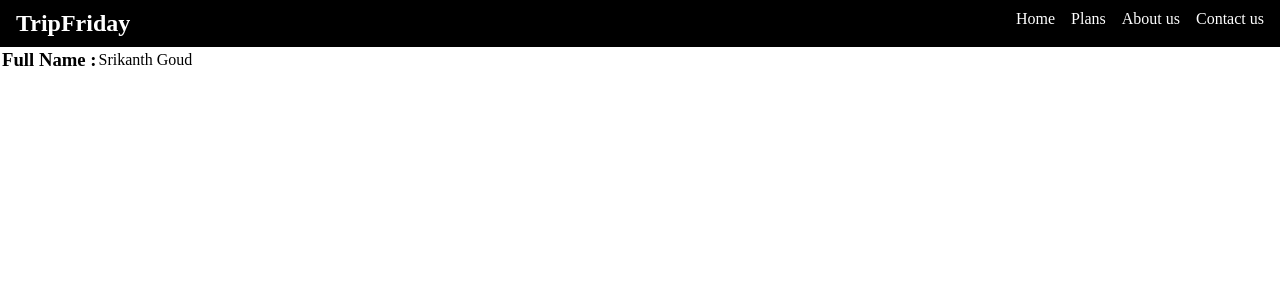
Repository: suraj-yadav7/userprofile
Page: /userdetails
The author's editor kept a copy of each file at every save. The page is drawn from the files as they stood at one save, then again after the next save.
The browser window is 1280 px wide. The pictures show the whole page.
The project was rebuilt for these pictures with package versions that can differ from the ones it lists, and the page was loaded fresh each time. Also part of the build but not shown: src/components/UserProfile.jsx.

Above is the page before, as saved 2023-05-03 12:13:30.

After the next save:
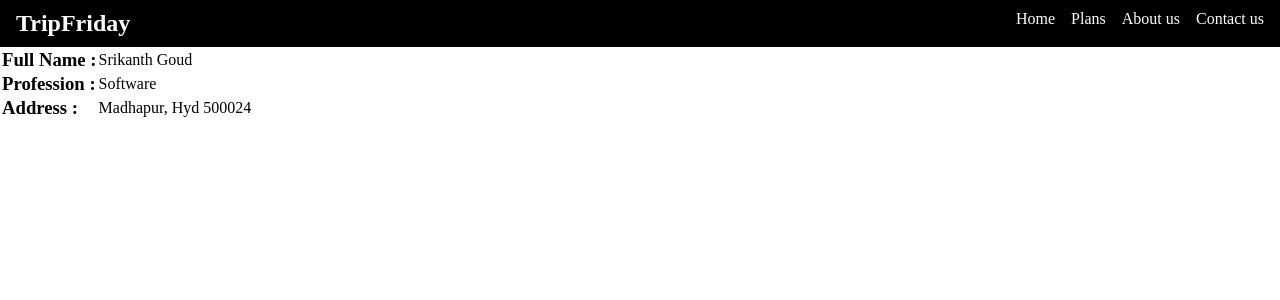
Saved 84 s later.
--- a/src/components/UserDetails.jsx
+++ b/src/components/UserDetails.jsx
@@ -10,6 +10,14 @@ const UserDetails = () => {
     <td><h3>Full Name :  </h3></td>
     <td><p> Srikanth Goud</p> </td>
   </tr>
+  <tr>
+    <td><h3>Profession :  </h3></td>
+    <td><p> Software </p> </td>
+  </tr>
+  <tr>
+    <td><h3>Address :  </h3></td>
+    <td><p> Madhapur, Hyd 500024</p> </td>
+  </tr>
 </table>
   </div>
  </div>
